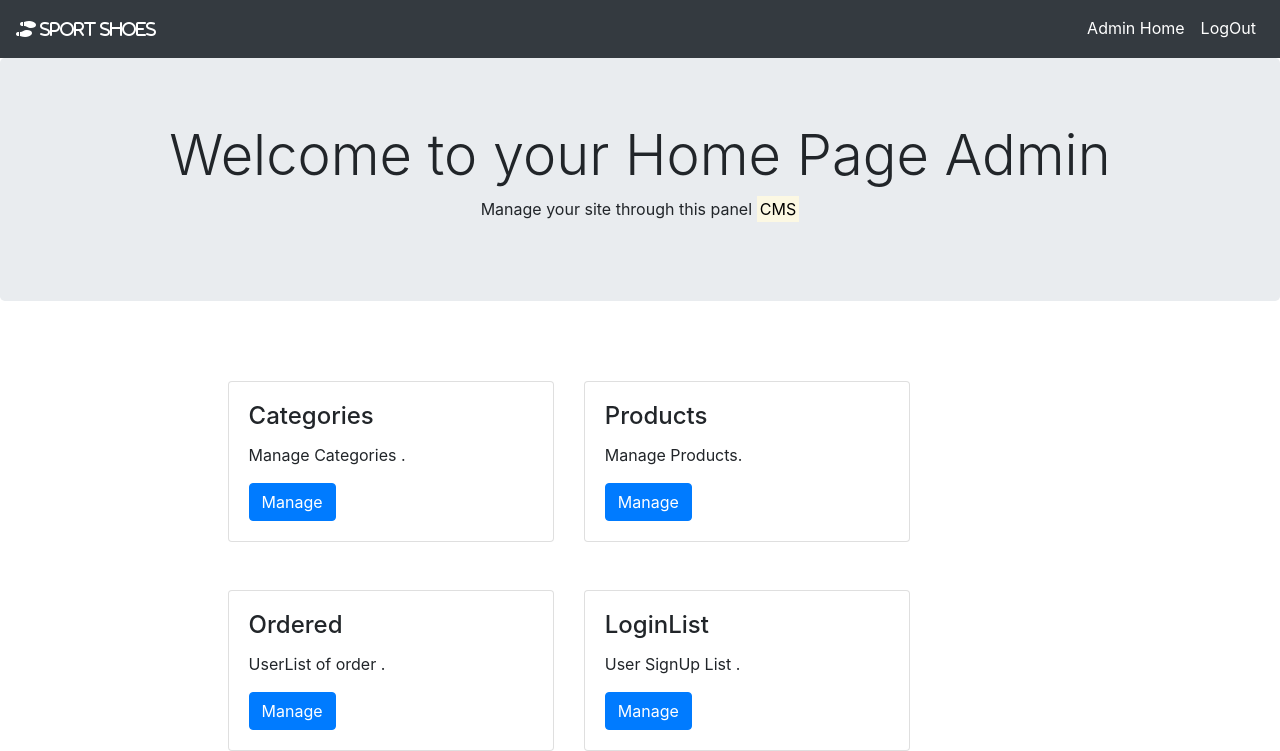
Repository: debjaniprofessional32/phase3
Page: http://localhost/adminHome
These files come from the project's save history. The page is drawn as it stood at one moment and after the next save; the edit follows.
The browser window is 1280 px wide. The pictures show the whole page.
Some web libraries are served in a nearby version. The page is this project's Thymeleaf template; nobody is signed in. The template is opened directly, without the code that normally fills it, so the values that code supplies are empty.

Above is the page before, as saved 2023-02-09 09:27:36.

After the next save:
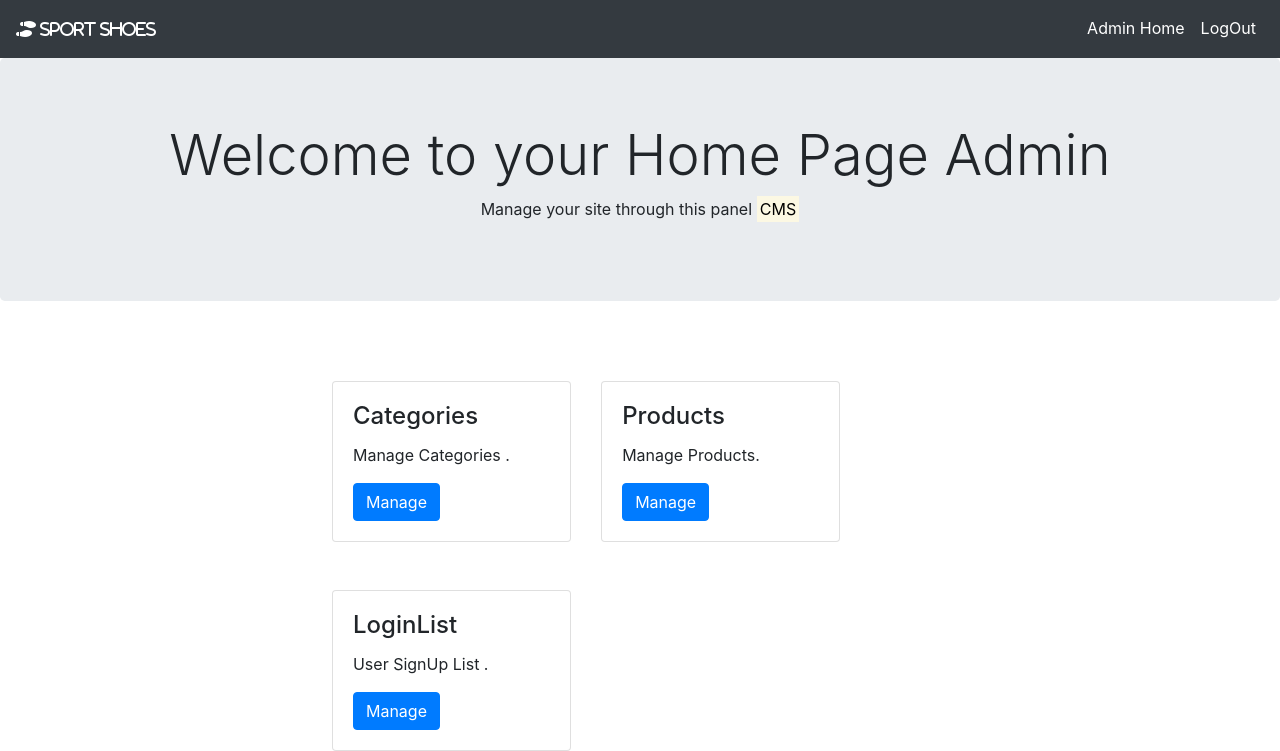
Saved 10 min 27 s later.
--- a/Backup/src/main/resources/templates/adminHome.html
+++ b/Backup/src/main/resources/templates/adminHome.html
@@ -98,7 +98,7 @@
                 </div>
             </div>
         </div>
-        <div class="col-sm-5 pt-5" >
+       <!--  <div class="col-sm-5 pt-5" >
             <div class="card" style="background-color:white;">
                 <div class="card-body">
                     <h4 class="card-title">Ordered</h4>
@@ -107,7 +107,7 @@
 
                 </div>
             </div>
-        </div>
+        </div>- -->
         <div class="col-sm-5 pt-5" >
             <div class="card" style="background-color:white;">
                 <div class="card-body">
